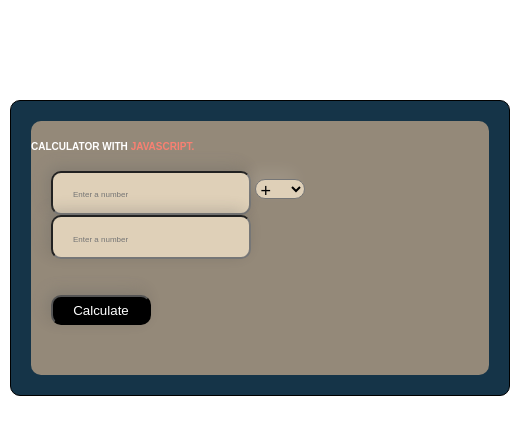
Repository: isaacCodes1/Calculator-with-js
Page: index2.html
An editor plug-in stored every save of this project. The page is shown before and after the next save, followed by the edit.
The browser window is 375 px wide. The page is 510 px wide, then 500 px, then 510 px, so the pictures cover 510 px, including what lies to the right of the window. The pictures show the whole page.
Some web fonts or font styles are not loaded; a fallback is used.

Above is the page before, as saved 2024-04-22 15:23:36.

### index2.html
<!DOCTYPE html>
<html lang="en">
  <head>
    <meta charset="UTF-8" />
    <meta name="viewport" content="width=device-width, initial-scale=1.0" />
    <title>Arithmetic Calculator</title>
    <link
      href="https://fonts.cdnfonts.com/css/scientific-calculator-lcd"
      rel="stylesheet"
    />

    <link rel="stylesheet" href="style.css" />
    <link rel="stylesheet" href="mediaquery.css">
  </head>
  <body>
    <main>
      <div class="numm">
        <h1 class="he">CALCULATOR WITH <span class="red">JAVASCRIPT.</span></h1>
        <div class="genDiv">
          <input
            class="num1"
            type="number"
            id="num1"
            placeholder="Enter a number"
            style="font-size: 12px"
          />
          <select class="addition" id="operator">
            <option class="opt" value="add">+</option>
            <option class="opt" value="subtract">-</option>
            <option class="opt" value="multiply">*</option>
            <option class="opt" value="divide">/</option>
          </select>
          <input
            class="num7"
            type="number"
            id="num2"
            placeholder="Enter a number"
            /> <br> <br> <br>
          <button class="cal" onclick="calculate()">Calculate</button>
          <div class="copy">
          <p>CopyRight &#169; Damicodez.</p>
        </div>
        </div>
      </div>
      <script src="script.js"></script>
    </main>
  </body>
</html>

### style.css
* {
  margin: 0;
  padding: 0;
  box-sizing: border-box;
  font-family: "Scientific Calculator LCD", sans-serif;
}
.genDiv {
  background: #948979;
  border-radius: 10px;
  padding: 50px 50px;
}

.main {
  background-color: #dfd0b8;
}
.numm {
  position: absolute;
  top: 200px;
  left: 300px;
  width: 900px;
  border: 1px solid;
  border-radius: 10px;
  background: #153448;
  padding-left: 100px;
  padding-bottom: 100px;
  padding-right: 100px;
  padding-top: 100px;
}
.he {
  color: #fff;
  position: absolute;
  top: 20px;
  font-weight: 900;
  font-style: normal;
}
.red {
  color: salmon;
  font-weight: 900;
}
.num1 {
  width: 200px;
  box-shadow: -8px -8px 15px rgba(255, 255, 255, 0.1),
    -5px -5px 15px rgba(0, 0, 0, 0.2);
  background: #dfd0b8;
  height: 40px;
  border-radius: 10px;
  padding: 20px;
  outline: none;
}
.num1::placeholder {
  font-size: 10px;
}
.opt {
  background: #000;
  color: #fff;
  outline: none;
}
.addition {
  width: 50px;
  box-shadow: -8px -8px 15px rgba(255, 255, 255, 0.1);
  background: #dfd0b8;
  height: 20px;
  border-radius: 10px;
  font-size: 18px;
}
.num7 {
  width: 200px;
  box-shadow: -8px -8px 15px rgba(255, 255, 255, 0.1),
    -5px -5px 15px rgba(0, 0, 0, 0.2);
  background: #dfd0b8;
  height: 40px;
  border-radius: 10px;
  padding: 20px;
  outline: none;
}
.num7::placeholder {
  font-size: 10px;
}
.cal {
  width: 100px;
  height: 30px;
  box-shadow: -8px -8px 15px rgba(255, 255, 255, 0.1),
    -5px -5px 15px rgba(0, 0, 0, 0.2);
  background: #000;
  color:  #fff;
  border-radius: 10px;
  padding: 5px;
  transition: 1s ease-in-out;

}
.cal:hover{
    color:#000;
    background-color: #dbdbdb;
    transition: 1s ease-in-out;
    border-radius: 10px;
}
.copy{
    position: absolute;
    top: 350px;
    color: #fff;
}

### mediaquery.css
@media (max-width: 480px) {
  .genDiv {
    padding: 50px 20px;
  }
  .numm {
    top: 100px;
    width: 500px;
    left: 10px;
    padding: 20px;
  }
  .num1::placeholder {
    font-size: 8px;
  }
  .num7::placeholder{
    font-size: 8px;
  }
  .he{
    font-size: 10px;
    top: 40px;
  }
}

### script.js
function calculate() {
    var num1 = parseFloat(document.getElementById('num1').value);
    var operator = document.getElementById('operator').value;
    var num2 = parseFloat(document.getElementById('num2').value);

    var result;

    switch (operator) {
      case 'add':
        result = num1 + num2;
        break;
      case 'subtract':
        result = num1 - num2;
        break;
      case 'multiply':
        result = num1 * num2;
        break;
      case 'divide':
        if (num2 !== 0) {
          result = num1 / num2;
        } else {
          console.log('Error: Division by zero');
          return;
        }
        break;
      default:
        console.log('Error: Invalid operator');
        return;
    }



console.log('Result:', result);
}

After the next save:
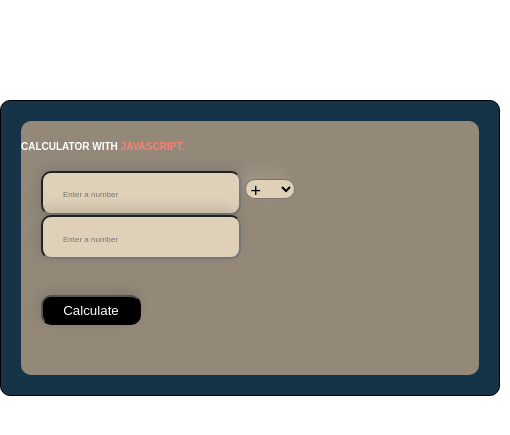
Saved 4 s later.
--- a/mediaquery.css
+++ b/mediaquery.css
@@ -5,7 +5,7 @@
   .numm {
     top: 100px;
     width: 500px;
-    left: 10px;
+    left: 0;
     padding: 20px;
   }
   .num1::placeholder {

After the 2 saves that followed:
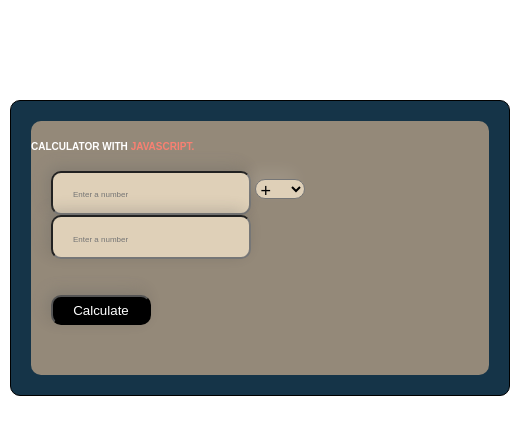
The 2 saves are shown as one change because they came seconds apart.
The last was saved 7 s later.
--- a/mediaquery.css
+++ b/mediaquery.css
@@ -5,7 +5,7 @@
   .numm {
     top: 100px;
     width: 500px;
-    left: 0;
+    left: 10px;
     padding: 20px;
   }
   .num1::placeholder {
